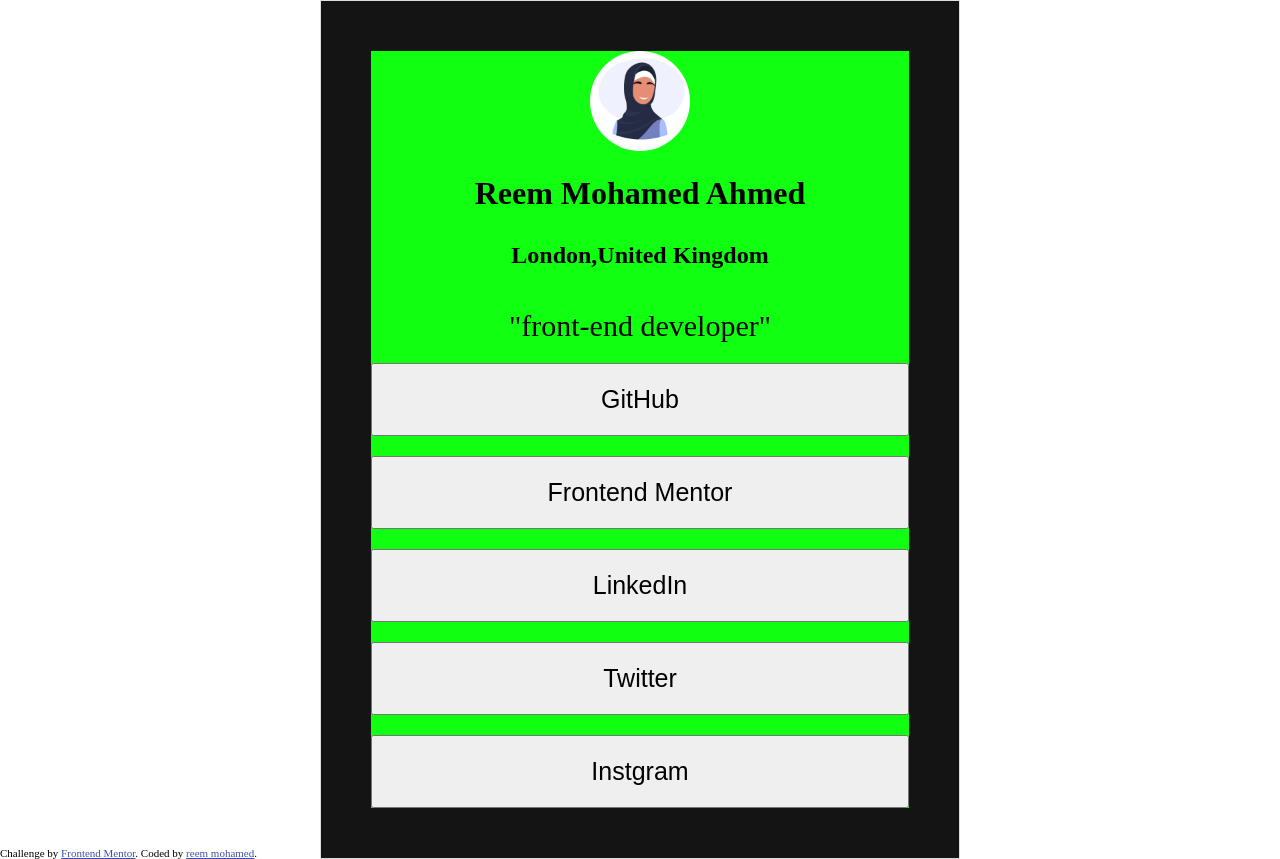
Repository: reemoon-ctrl/social_links_profile_main
Page: index.html
The author's editor kept a copy of each file at every save. The page is drawn from the files as they stood at one save, then again after the next save.
The browser window is 1280 px wide. The pictures show the whole page.

Above is the page before, as saved 2024-07-23 10:28:28.

After the next save:
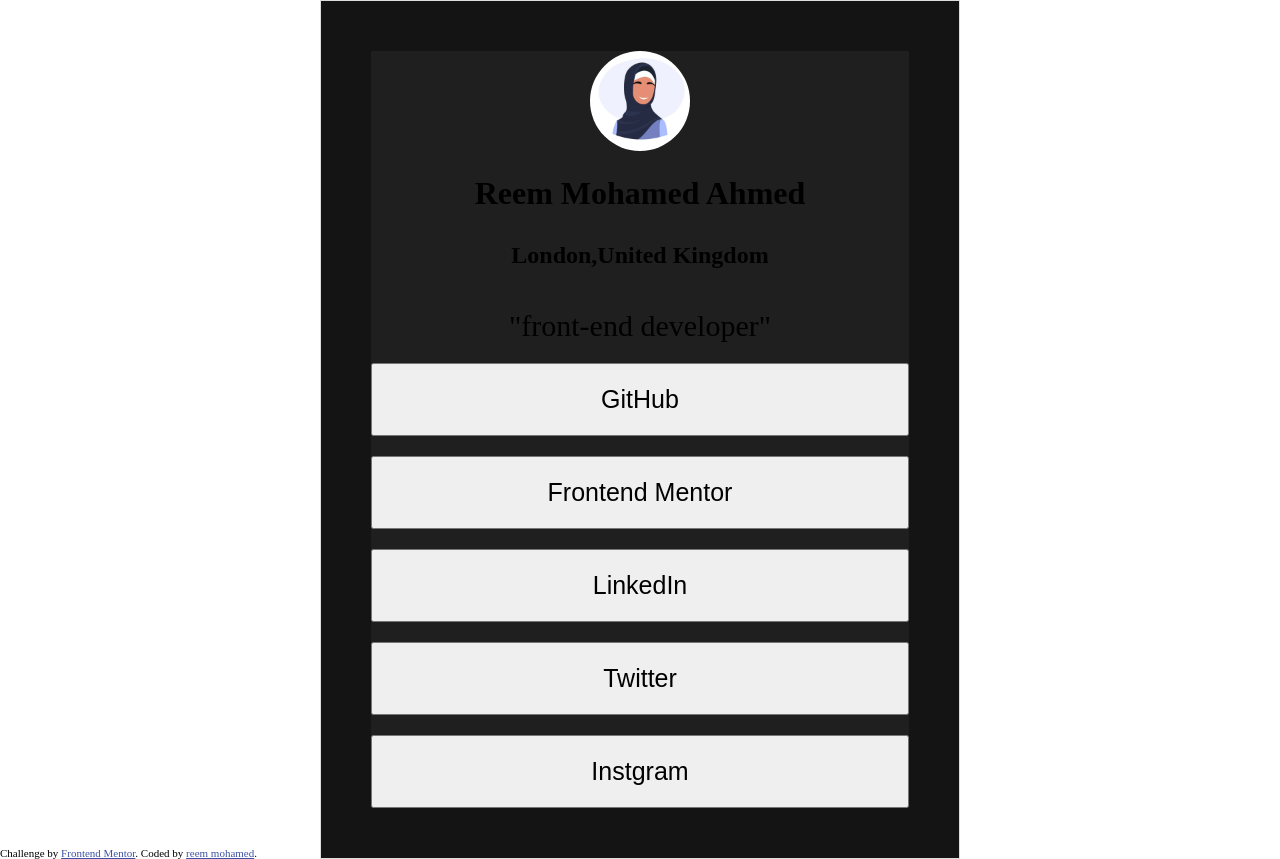
Saved 18 s later.
--- a/index.css
+++ b/index.css
@@ -25,7 +25,7 @@ body{
 }
 .container{
     height:max-content;
-    background: #1f1f;
+    background: #1f1f1f;
 }
 
 .form-container button{
